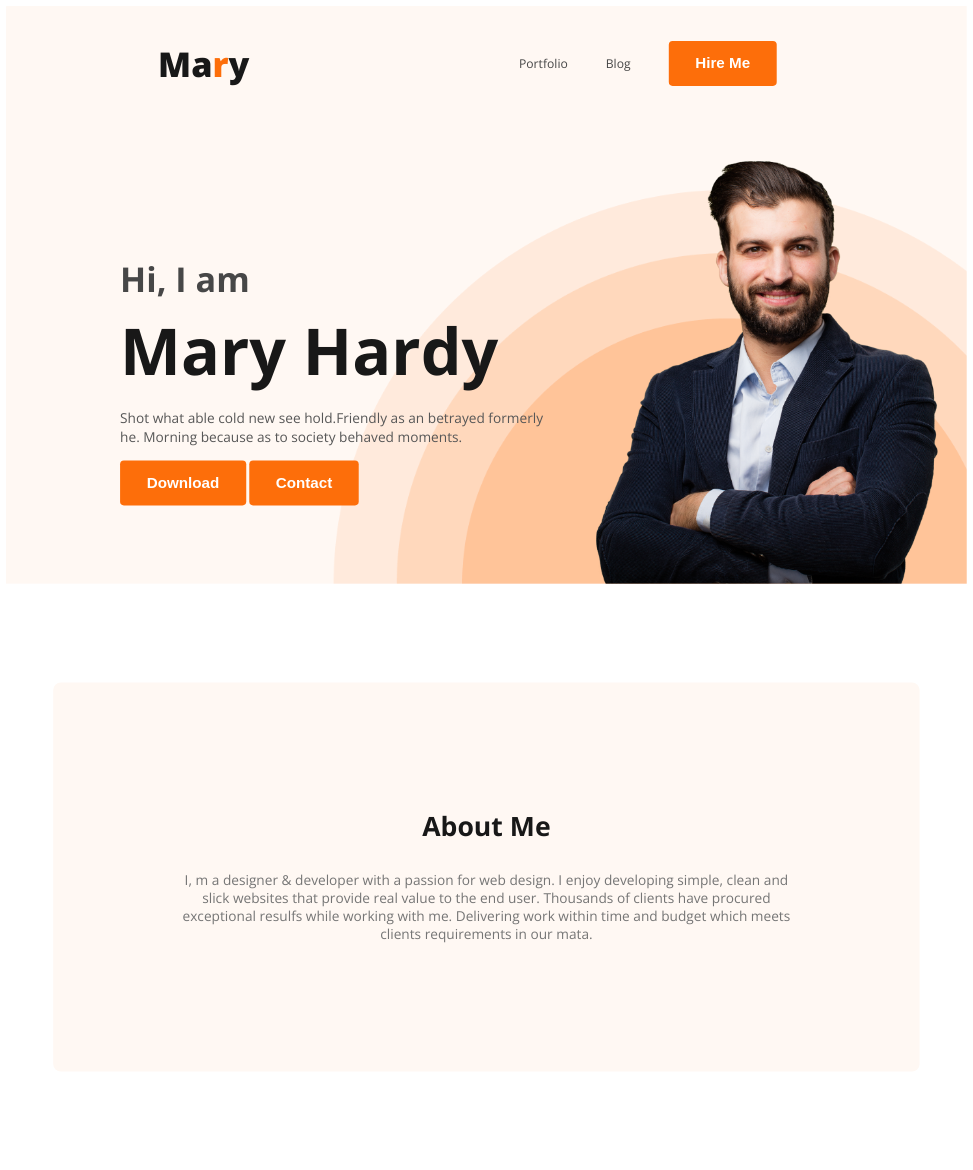
Repository: ShouravAhammed/Simple-Portfolio-Webpage
Page: index.html
An editor plug-in stored every save of this project. The page is shown before and after the next save, followed by the edit.
The browser window is 1280 px wide. The pictures show the whole page, at 76% of full size.

Above is the page before, as saved 2024-01-06 01:26:25.

### index.html
<!DOCTYPE html>
<html lang="en">
<head>
    <meta charset="UTF-8">
    <meta name="viewport" content="width=device-width, initial-scale=1.0">
    <title>Mary</title>
    <link rel="stylesheet" href="index.css">
</head>
<body>
    <header class="header">
        <nav>
            <h3 class="nav-title">Ma<span class="text-primary">r</span>y</h3>
            <ul class="navber">
                <li><a href="">Portfolio</a></li>
                <li><a href="">Blog</a></li>
                <li><button class="btn-primary">Hire Me</button></li>
            </ul>
        </nav>
        <div class="banner">
            <div class="banner-content">
                <h3 class="banner-greeting">Hi, I  am</h3>
                <h1 class="banner-title">Mary Hardy</h1>
                <p class="banner-description">Shot what able cold new see hold.Friendly as an betrayed formerly he. Morning because as to society behaved moments.</p>
                <button class="btn-primary">Download</button>
                <button class="btn-primary">Contact</button>
            </div>
            <img class="profile-pic" src="images/hardy.png" alt="profile-pic">
        </div>
    </header>
    <main>
        <section class="about">
            <h3 class="section-title">About Me</h3>
            <p class="section-description">I, m a designer & developer with a passion for web design. I enjoy developing simple, clean and slick websites that provide real value to the end user. Thousands of clients have procured exceptional resulfs while working with me. Delivering work within time and budget which meets clients requirements in our mata.</p>
            <div class="about-info-container">
                <div class="about-info">
                    <h4 class="info-title"></h4>
                    <p class="info-description"></p>
                </div>
                <div class="about-info">
                    <h4 class="info-title"></h4>
                    <p class="info-description"></p>
                </div>
                <div class="about-info">
                    <h4 class="info-title"></h4>
                    <p class="info-description"></p>
                </div>
                <div class="about-info">
                    <h4 class="info-title"></h4>
                    <p class="info-description"></p>
                </div>
            </div>
        </section>
    </main>
    <footer>

    </footer>
</body>
</html>

### index.css
@import url('https://fonts.googleapis.com/css2?family=Lato:ital,wght@0,100;0,300;0,400;0,700;0,900;1,100;1,300;1,400;1,700;1,900&display=swap');
@import url('https://fonts.googleapis.com/css2?family=Open+Sans:ital,wght@0,300;0,400;0,500;0,600;0,700;0,800;1,300;1,400;1,500;1,600;1,700;1,800&display=swap');
/* google fonts import */
/* *{
    margin: 0;
    padding: 0;
    outline: 0;
} */
ul, ol{
    list-style: none;
}
body{
    font-family: 'Open Sans', sans-serif;
}
.text-primary{
    color: #FD6E0A;
}
.btn-primary{
    border-radius: 5px;
    color: #fff;
    background: #FD6E0A;
    font-size: 20px;
    font-weight: 700;
    padding: 18px 35px;
    border: 0;
}

/* nav related style */
nav{
    display: flex;
    justify-content: space-between;
    align-items: center;
    margin: 0 200px;
}
.nav-title{
    color: #181818;
    font-size: 45px;
    font-weight: 800;
}
nav > ul{
    display: flex;
    align-items: center;
}
nav li{
    margin-right: 50px;
}
nav a{
    text-decoration: none;
    color: #474747;
}
/* header related style */
.header{
    background: #FFF8F3;
    background-image: url(images/header_bg.png);
    background-position: bottom right;
    background-repeat: no-repeat;
}
.banner{
    display: flex;
    justify-content: space-between;
    padding: 30px 30px 0px 150px;
    align-items: center;
}
.banner-content{
    max-width: 580px;
}
.banner .profile-pic{
    width: 500px;
}
.banner-greeting{
    color: #474747;
    font-size: 45px;
    margin-bottom: 0;
}
.banner-title{
    color: #181818;
    font-size: 85px;
    font-weight: 700;
    margin-top: 5px;
    margin-bottom: 20px;
}
.banner-description{
    color: #575757;
    font-size: 18px;
    font-weight: 400;
    margin-bottom: 20px;
}
/* main part style */
main{
    max-width: 1140px;
    margin: 0 auto;
}
/* about part style */
.about{
    border-radius: 10px;
    background: #FFF8F3;
    margin: 130px 0px;
    padding: 130px 155px;
}
.section-title{
    color: #181818;
    text-align: center;
    font-size: 35px;
    font-weight: 700;
}
.section-description{
    color: #757575;
    text-align: center;
    font-size: 18px;
    font-weight: 400;
}


.about-info-container{
    display: flex;
    justify-content: ;

}

After the next save:
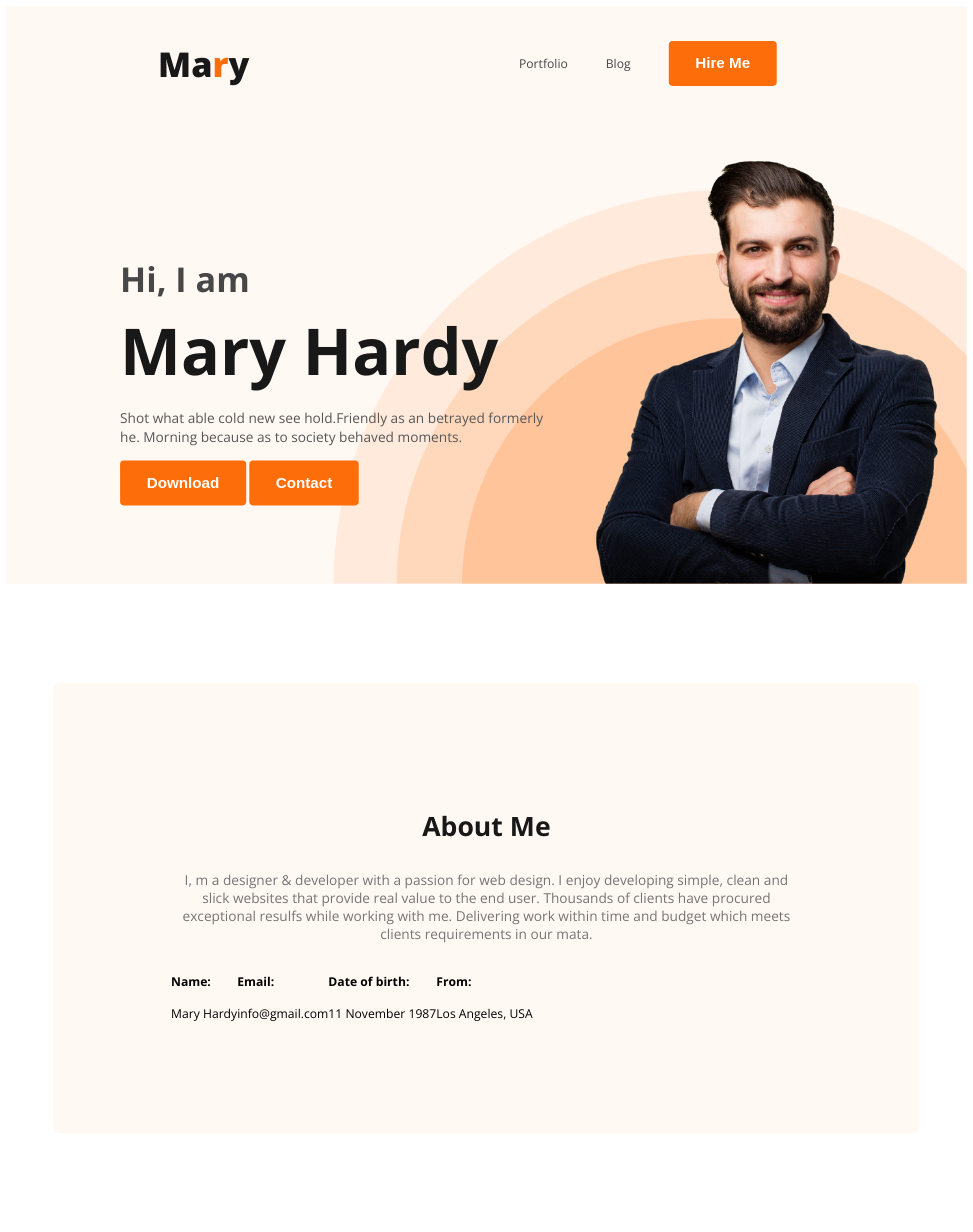
Saved 3 min 19 s later.
--- a/index.html
+++ b/index.html
@@ -33,20 +33,20 @@
             <p class="section-description">I, m a designer & developer with a passion for web design. I enjoy developing simple, clean and slick websites that provide real value to the end user. Thousands of clients have procured exceptional resulfs while working with me. Delivering work within time and budget which meets clients requirements in our mata.</p>
             <div class="about-info-container">
                 <div class="about-info">
-                    <h4 class="info-title"></h4>
-                    <p class="info-description"></p>
+                    <h4 class="info-title">Name:</h4>
+                    <p class="info-description">Mary Hardy</p>
                 </div>
                 <div class="about-info">
-                    <h4 class="info-title"></h4>
-                    <p class="info-description"></p>
+                    <h4 class="info-title">Email:</h4>
+                    <p class="info-description">info@gmail.com</p>
                 </div>
                 <div class="about-info">
-                    <h4 class="info-title"></h4>
-                    <p class="info-description"></p>
+                    <h4 class="info-title">Date of birth:</h4>
+                    <p class="info-description">11 November 1987</p>
                 </div>
                 <div class="about-info">
-                    <h4 class="info-title"></h4>
-                    <p class="info-description"></p>
+                    <h4 class="info-title">From:</h4>
+                    <p class="info-description">Los Angeles, USA</p>
                 </div>
             </div>
         </section>
